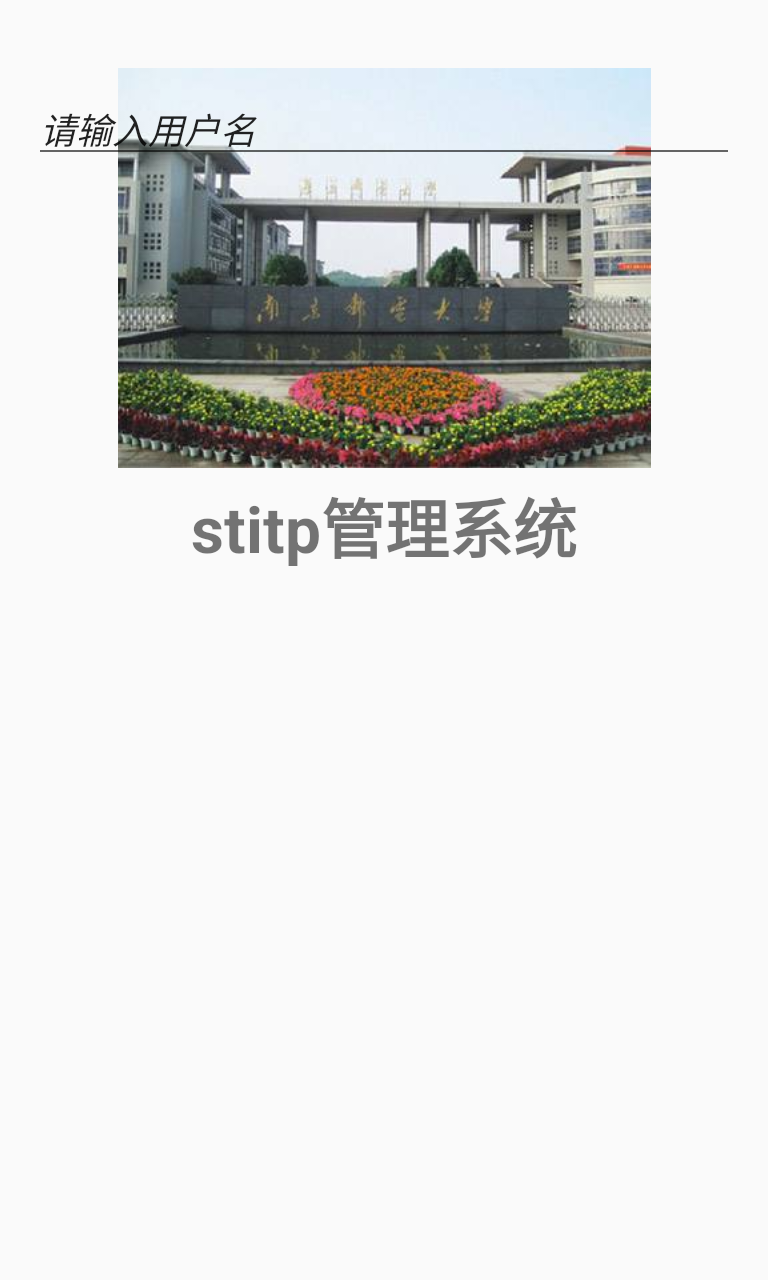
Repository: weizhaopeng/zhou_stitp
Layout: workspace/zhou/res/layout/fragment_main.xml
These files come from the project's save history. The layout is drawn as it stood at one moment and after the next save; the edit follows.
It is drawn on a 768 x 1280 px phone screen (xhdpi) without system bars, with theme AppTheme; the app's code is not run.

Above is the layout before, as saved 2018-11-28 03:07:33.

After the next save:
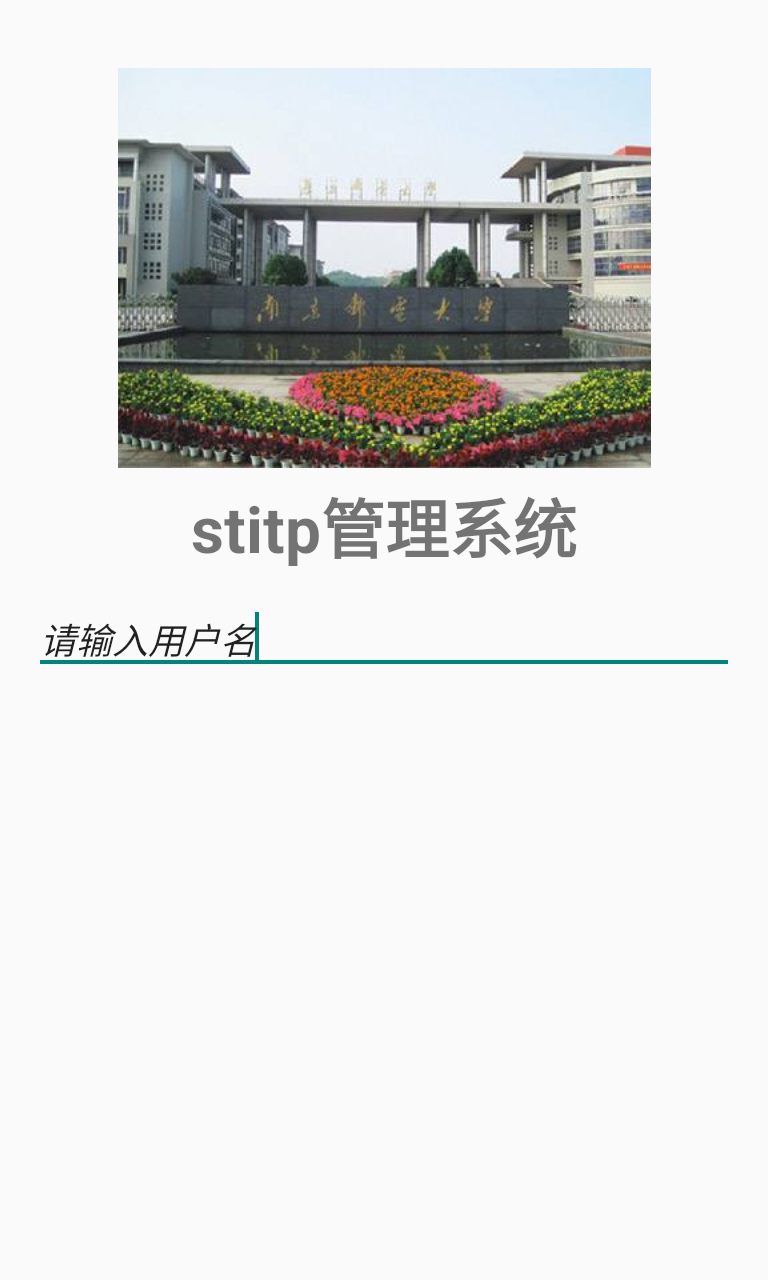
Saved 2 min 5 s later.
--- a/workspace/zhou/res/layout/fragment_main.xml
+++ b/workspace/zhou/res/layout/fragment_main.xml
@@ -8,49 +8,53 @@
     android:paddingTop="@dimen/activity_vertical_margin"
     tools:context="com.example.zhou.MainActivity$PlaceholderFragment" >
 
-	<LinearLayout
-	    android:layout_width="match_parent"
-	    android:layout_height="wrap_content"
-	    android:layout_alignParentTop="true"
-	    android:layout_centerHorizontal="true"
-	    android:layout_marginTop="18dp"
-	    android:orientation="vertical" >
+    <LinearLayout
+        android:id="@+id/linearLayout1"
+        android:layout_width="match_parent"
+        android:layout_height="wrap_content"
+        android:layout_alignParentTop="true"
+        android:layout_centerHorizontal="true"
+        android:layout_marginTop="18dp"
+        android:orientation="vertical" >
 
-	    <ImageView
-	        android:id="@+id/main_njupt"
-	        android:contentDescription="主界面中的南邮图片"
-	        android:layout_width="match_parent"
-	        android:layout_height="wrap_content"
-	        android:src="@drawable/njupt" />
+        <ImageView
+            android:id="@+id/main_njupt"
+            android:layout_width="match_parent"
+            android:layout_height="wrap_content"
+            android:contentDescription="主界面中的南邮图片"
+            android:src="@drawable/njupt" />
 
-	    <TextView
-	        android:id="@+id/main_title"
-	        android:layout_width="wrap_content"
-	        android:layout_height="wrap_content"
-	        android:layout_gravity="center"
-	        android:layout_marginTop="5dp"
-	        android:text="@string/main_title"
-	        android:textSize="32sp"
-	        android:textStyle="bold" />
-	</LinearLayout>
-	<LinearLayout
-	    android:id="@+id/main_input"
-	    android:layout_width="match_parent"
-	    android:layout_height="wrap_content"
-	    android:layout_marginTop="4dp">
-	    <EditText
-	        android:id="@+id/main_input1"
-	        android:layout_width="match_parent"
-	        android:layout_height="wrap_content"
-	        android:layout_alignLeft="@+id/main_njupt"
-	        android:layout_below="@+id/main_title"
-	        android:layout_marginTop="21dp"
-	        android:ems="10"
+        <TextView
+            android:id="@+id/main_title"
+            android:layout_width="wrap_content"
+            android:layout_height="wrap_content"
+            android:layout_gravity="center"
+            android:layout_marginTop="5dp"
+            android:text="@string/main_title"
+            android:textSize="32sp"
+            android:textStyle="bold" />
+    </LinearLayout>
 
-	        android:text="@string/main_username"
-	        android:textStyle="italic">
+    <LinearLayout
+        android:id="@+id/main_input"
+        android:layout_width="match_parent"
+        android:layout_height="wrap_content"
+        android:layout_alignLeft="@+id/linearLayout1"
+        android:layout_below="@+id/linearLayout1" >
 
-	    </EditText>
-	</LinearLayout>
+        <EditText
+            android:id="@+id/main_input1"
+            android:layout_width="match_parent"
+            android:layout_height="wrap_content"
+            android:layout_alignLeft="@+id/main_njupt"
+            android:layout_below="@+id/main_title"
+            android:layout_marginTop="10dp"
+            android:ems="10"
+            android:text="@string/main_username"
+            android:textStyle="italic" >
+
+            <requestFocus />
+        </EditText>
+    </LinearLayout>
 
 </RelativeLayout>
